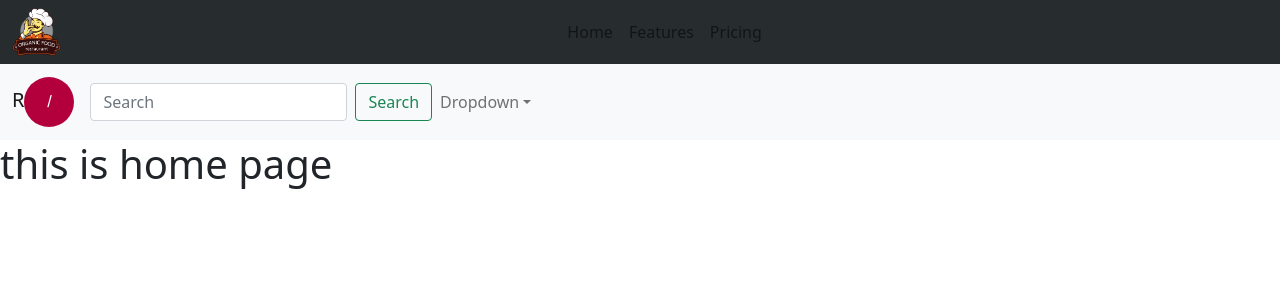
Repository: mdrubel02/organic-food-restaurnat
Page: /
The author's editor kept a copy of each file at every save. The page is drawn from the files as they stood at one save, then again after the next save.
The browser window is 1280 px wide. The pictures show the whole page.
The project was rebuilt for these pictures with package versions that can differ from the ones it lists, and the page was loaded fresh each time.

Above is the page before, as saved 2022-07-02 16:15:35.

After the next save:
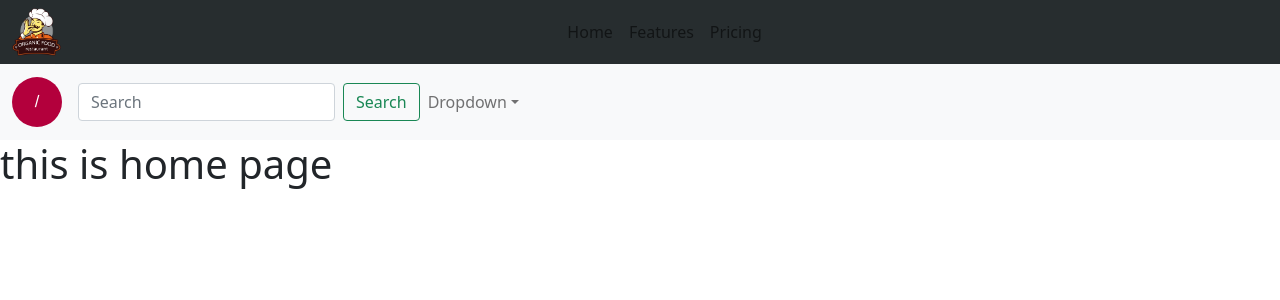
Saved 47 s later.
--- a/src/Components/Header/HeaderTwo.js
+++ b/src/Components/Header/HeaderTwo.js
@@ -7,7 +7,7 @@ const HeaderTwo = () => {
     return (
         <Navbar bg="light" expand="lg">
             <Container fluid>
-                <Navbar.Brand href="#home">R
+                <Navbar.Brand href="#home">
                     <Avatar name={logo} size="50" round={true}></Avatar>
                 </Navbar.Brand>
                 <Form className="d-flex">
